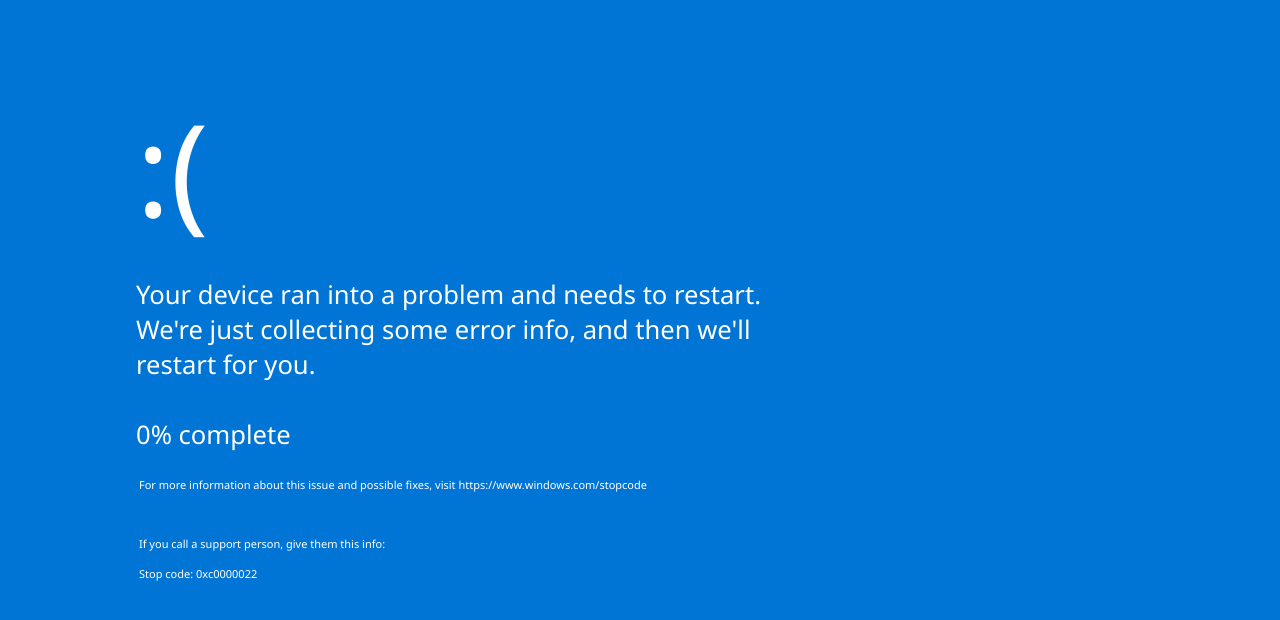
Repository: end888160/end888160.github.io
Page: BSoD2.html
An editor plug-in stored every save of this project. The page is shown before and after the next save, followed by the edit.
The browser window is 1280 px wide. The pictures show the whole page.

Above is the page before, as saved 2024-09-22 23:17:32.

After the next save:
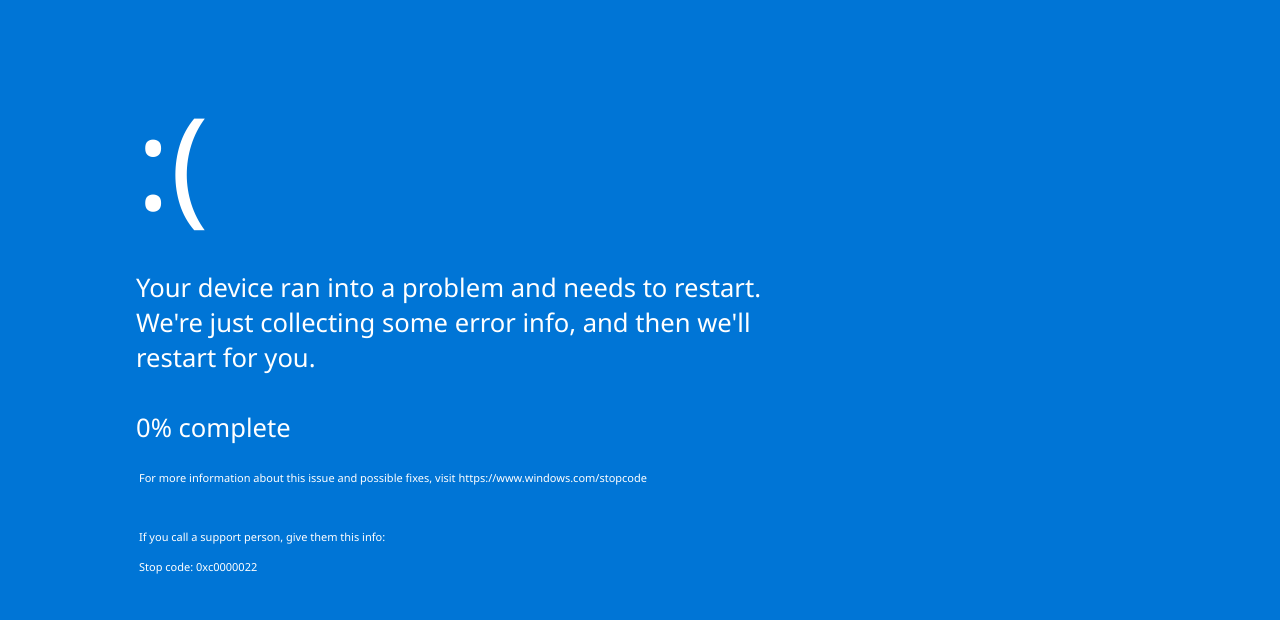
Saved 10 s later.
--- a/BSoD2.html
+++ b/BSoD2.html
@@ -10,7 +10,7 @@
 	}
 
 	#face {
-		padding-top: 10vh;
+		padding-top: 9vh;
 		font-weight: 300;
 		font-size: 10vw;
 	}
